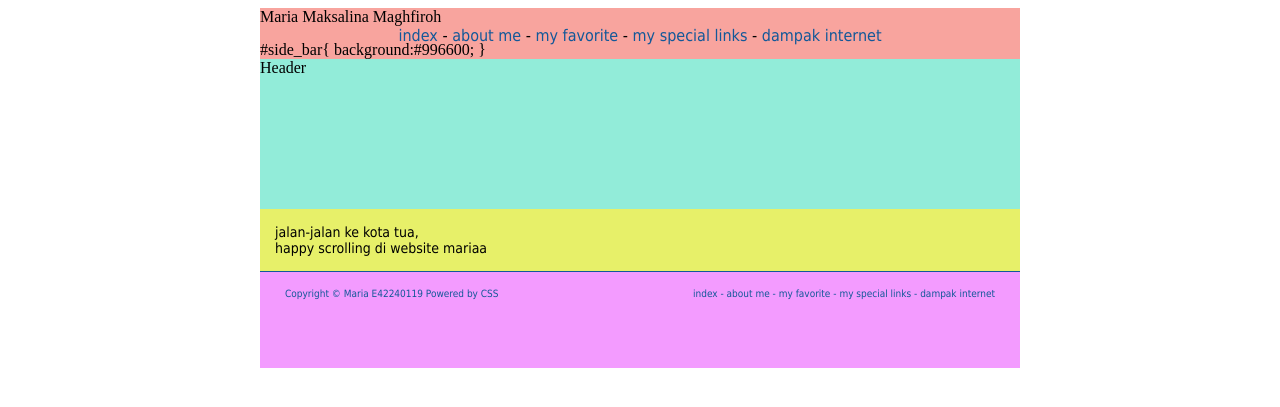
Repository: Bearli-py/latihan_bisdig
Page: index.html
These files come from the project's save history. The page is drawn as it stood at one moment and after the next save; the edit follows.
The browser window is 1280 px wide. The pictures show the whole page.

Above is the page before, as saved 2025-09-09 16:12:03.

### index.html
<!DOCTYPE html>
<html lang="en">
<head>
    <meta charset="UTF-8">
    <meta name="viewport" content="width=device-width, initial-scale=1.0">
    <link rel="stylesheet" href="style.css">
    <title>Judul</title>

</head>
<body>
    <div id="page-container"> Maria Maksalina Maghfiroh
        <div id="main-nav"><a href="index.html">index</a> -
            <a href="about.html">about me</a> -
            <a href="fav.html">my favorite</a> -
            <a href="links.html">my special links</a> -
            <a
            href="dampak.html">dampak
            internet</a></div>
            #side_bar{
background:#996600;
}
        <div id="header">Header</div>
        <div id="content">jalan-jalan ke kota tua,<br />
            happy scrolling di website mariaa</div>
        <div id="footer"><div id="altnav">
            <a href="index.html">index</a> -
            <a href="about.html">about me</a> -
            <a href="fav.html">my favorite</a> -
            <a href="links.html">my special links</a> -
            <a
            href="dampak.html">dampak
            internet</a>
            </div>
            Copyright &copy; Maria E42240119 Powered by CSS</div>
    </div>

</body>
</html>

### style.css
#page-container {
    width: 760px;
    margin: auto;
    background: rgb(248, 164, 158);
    text-align: left;
}
#header {
    background: rgb(146, 236, 217);
    height: 150px;
}
#content {
    background: rgb(231, 240, 105);
}
#footer {
    background: rgb(243, 155, 255);
    height: 66px;
}
#main-nav {
    height: 15px;
    text-align:center;
    font-family: Tahoma, Arial, Helvetica, Sans-serif;
}
#main-nav a{
    color: #135899;
    text-decoration: none;
}
#main-nav a:hover{color: #db6d16;}
#footer {
    height: 70px;
    font-family: Tahoma, Arial, Helvetica, Sans-serif;
    font-size: 10px;
    color: #135899;
    border-top: 1px solid #135899;
    padding: 13px 25px;
    line-height: 18px;
}
#footer a {
    color: #135899;
    text-decoration: none;
}
#footer a:hover {
    color: #db6d16;
}
#footer #altnav {
    width: 350px;
    float: right;
    text-align: right;
}
#content {
    font-family:Tahoma, arial, helvetica, sans-serif;
    font-size:14px;
    padding: 15px 15px;}

After the next save:
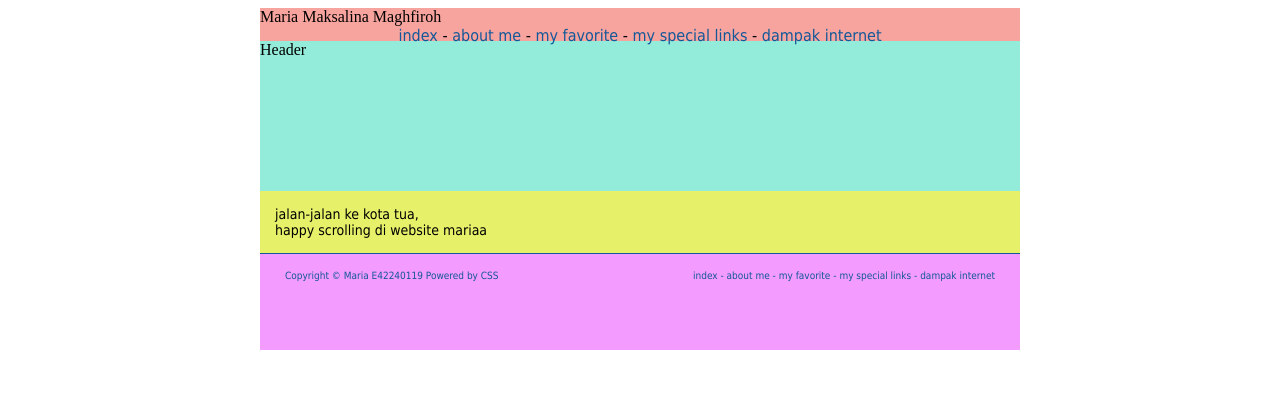
Saved 12 s later.
--- a/index.html
+++ b/index.html
@@ -16,9 +16,6 @@
             <a
             href="dampak.html">dampak
             internet</a></div>
-            #side_bar{
-background:#996600;
-}
         <div id="header">Header</div>
         <div id="content">jalan-jalan ke kota tua,<br />
             happy scrolling di website mariaa</div>
